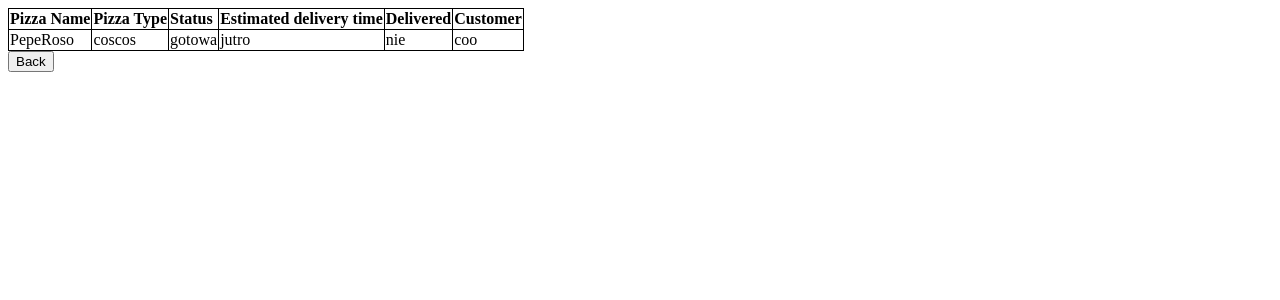
Repository: wisni4k/html-trainee
Page: testWeb/WebContent/OrdersList.html
The author's editor kept a copy of each file at every save. The page is drawn from the files as they stood at one save, then again after the next save.
The browser window is 1280 px wide. The pictures show the whole page.

Above is the page before, as saved 2015-07-10 13:01:39.

### testWeb/WebContent/OrdersList.html
<!DOCTYPE html>
<html>
<head>
<meta charset="UTF-8">
<title>Insert title here</title>
<link rel="stylesheet" type="text/css" href="TableStyle.css">
</head>
<body>

	<table>
		<tr>
			<td><b>Pizza Name</b></td>
			<td><b>Pizza Type</b></td>
			<td><b>Status </b></td>
			<td><b>Estimated delivery time</b></td>
			<td><b>Delivered</b></td>
			<td><b>Customer</b></td>

		</tr>
		<tr>
			<td>PepeRoso</td>
			<td>coscos</td>
			<td>gotowa</td>
			<td>jutro</td>
			<td>nie</td>
			<td>coo</td>
		</tr>
	</table>
	<form action="Formularz.html">
		<input type="submit" value="Back">
	</form>

</body>
</html>

### testWeb/WebContent/TableStyle.css
@CHARSET "UTF-8";

table {
    border-collapse: collapse;
}

table, th, td {
    border: 1px solid black;
}

After the next save:
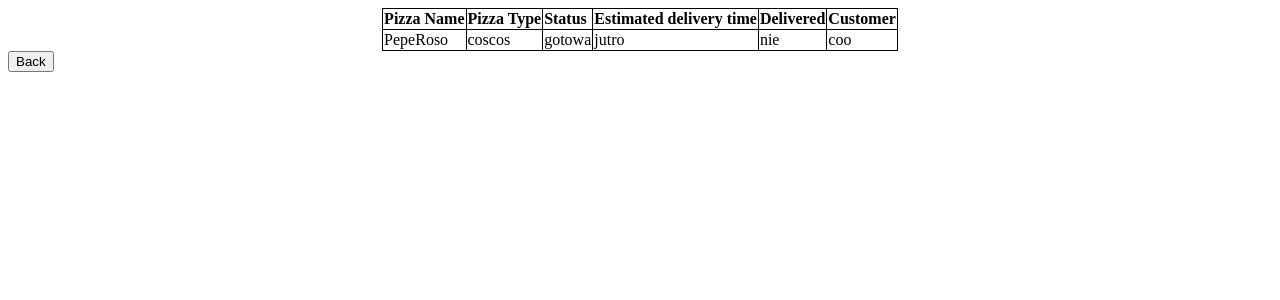
Saved 5 min 41 s later.
--- a/testWeb/WebContent/TableStyle.css
+++ b/testWeb/WebContent/TableStyle.css
@@ -2,6 +2,8 @@
 
 table {
     border-collapse: collapse;
+        margin-left:auto;
+    margin-right:auto;
 }
 
 table, th, td {
